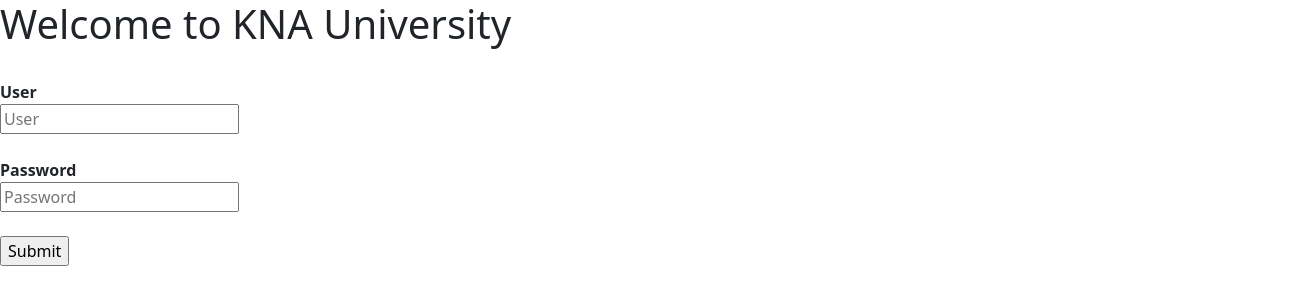
Repository: kavine24/CS490-Python-LMS
Page: html/index.html
The author's editor kept a copy of each file at every save. The page is drawn from the files as they stood at one save, then again after the next save.
The browser window is 1280 px wide. The page is 1292 px wide, so the pictures cover 1292 px, including what lies to the right of the window. The pictures show the whole page.

Above is the page before, as saved 2022-04-03 18:02:14.

### html/index.html
<!DOCTYPE html>
<html>
  <head>
    <title>CS 490 Testing Center</title>
    <!--<link rel="stylesheet" href="style.css">-->

    <link href="https://cdn.jsdelivr.net/npm/bootstrap@5.1.3/dist/css/bootstrap.min.css" rel="stylesheet" integrity="sha384-1BmE4kWBq78iYhFldvKuhfTAU6auU8tT94WrHftjDbrCEXSU1oBoqyl2QvZ6jIW3" crossorigin="anonymous">
  </head>
  <body>
    <h1 id="indexLog">Welcome to KNA University</h1><br>
    <div class="row align-items-center justify-content-center">
      <div class="col" id="divForm">
        <form id="myForm" class="forms" onsubmit="submitLogin()">

          <main>
            <strong>User</strong><br>
            <input type="text" id="user" name="user" placeholder="User" required><br>
          </main>
          <br>
          <main>
            <strong>Password</strong><br>
            <input type="password" id="pass" name="pass" placeholder="Password" required><br>
          </main>
          <br>
          <input id="submit" type="submit" placeholder="Submit" class="submit"></input>
        </form>
      </div>
    </div>

    <script>

      const form = document.getElementById("myForm");
      function handleForm(event) { event.preventDefault(); }
      form.addEventListener('submit', handleForm);

      let attemptMade = false;

      function submitLogin(){

        var user = document.getElementById('user').value;
        var pass = document.getElementById('pass').value;
        var requestType = 'LoginRequestFTM';

        const data = {user, pass, requestType};

        const options = {
          method:'POST',
          headers: {
              "Content-type": "application/json; charset=UTF-8"
          },
          body: JSON.stringify(data)
        };

        fetch('http://cs490testcenter.ddns.net:50000/portal/frontBrowser.php', options)
        .then(response =>  response.json())
        .then(data => {
          if (data.loginType === "0") {
            location.assign('http://cs490testcenter.ddns.net:50000/portal/s/Home.php');
          } else if (data.loginType === "1") {
            location.assign('http://cs490testcenter.ddns.net:50000/portal/t/Home.php');
          } else {
            if (!attemptMade) {
              const newContent = document.createTextNode("BAD LOGIN CREDENTIALS");

              const curr = document.getElementById("submit");
              document.getElementById("myForm").insertBefore(newContent, curr);
              document.getElementById("myForm").insertBefore(document.createElement("br"), curr);
              attemptMade = true;
            }
          }
        })
        .catch((error) => {
          console.error('Error:', error);
        });

      };

    </script>
  </body>
</html>

After the next save:
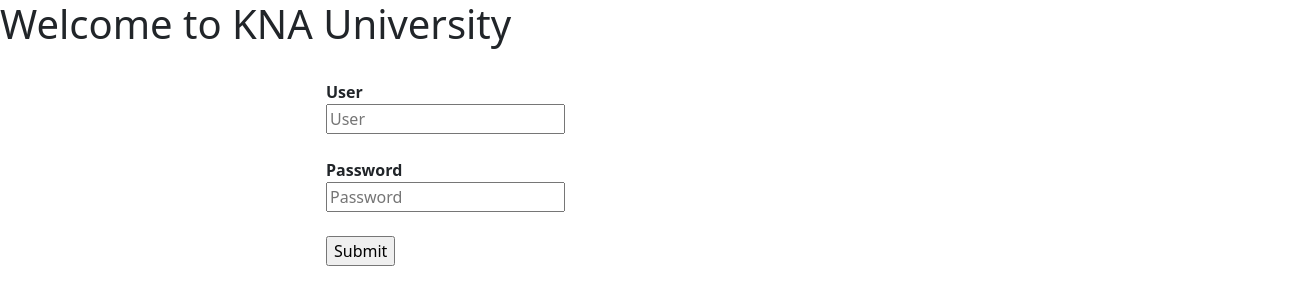
Saved 26 s later.
--- a/html/index.html
+++ b/html/index.html
@@ -9,8 +9,8 @@
   <body>
     <h1 id="indexLog">Welcome to KNA University</h1><br>
     <div class="row align-items-center justify-content-center">
-      <div class="col" id="divForm">
-        <form id="myForm" class="forms" onsubmit="submitLogin()">
+      <div class="col-6" id="divForm">
+        <form id="myForm" onsubmit="submitLogin()">
 
           <main>
             <strong>User</strong><br>
